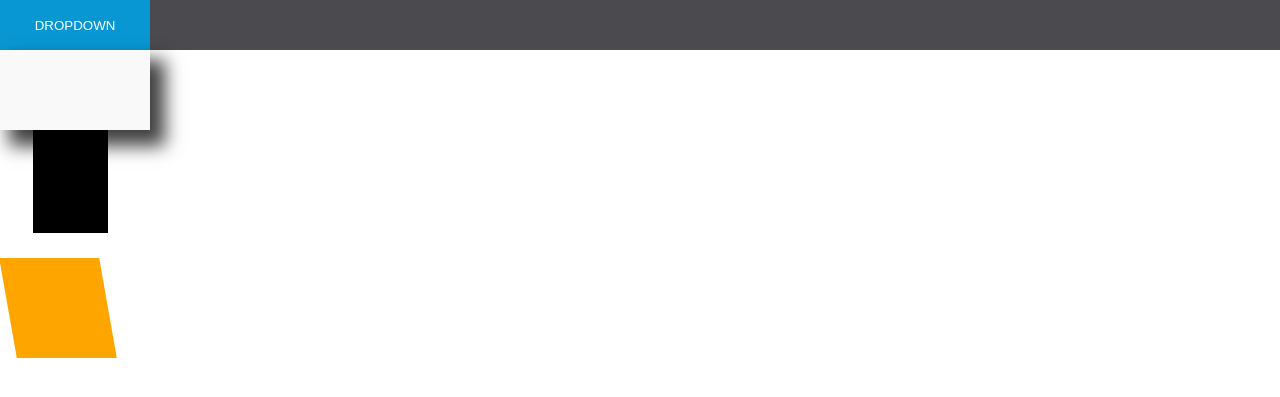
Repository: Matt-F90/making-elements-dance
Page: index.html
The author's editor kept a record of every edit. The page is drawn from the files as they stood at one moment, then again after the next edit.
The browser window is 1280 px wide. The pictures show the whole page.

Above is the page before.

After the next edit:
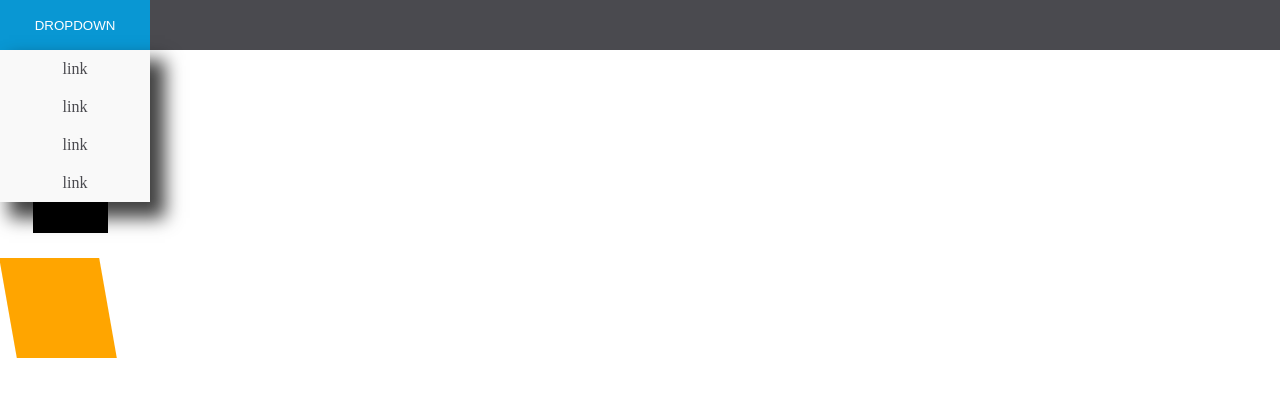
The edit:
--- a/index.html
+++ b/index.html
@@ -12,10 +12,10 @@
         <button>Dropdown</button>
 
         <ul class="dropdownMenu">
-            <li class="dropdownItem"><a href="#" class="dropdownLink"></a></li>
-            <li class="dropdownItem"><a href="#" class="dropdownLink"></a></li>
-            <li class="dropdownItem"><a href="#" class="dropdownLink"></a></li>
-            <li class="dropdownItem"><a href="#" class="dropdownLink"></a></li>
+            <li class="dropdownItem"><a href="#" class="dropdownLink">link</a></li>
+            <li class="dropdownItem"><a href="#" class="dropdownLink">link</a></li>
+            <li class="dropdownItem"><a href="#" class="dropdownLink">link</a></li>
+            <li class="dropdownItem"><a href="#" class="dropdownLink">link</a></li>
         </ul>
     </nav>
 
